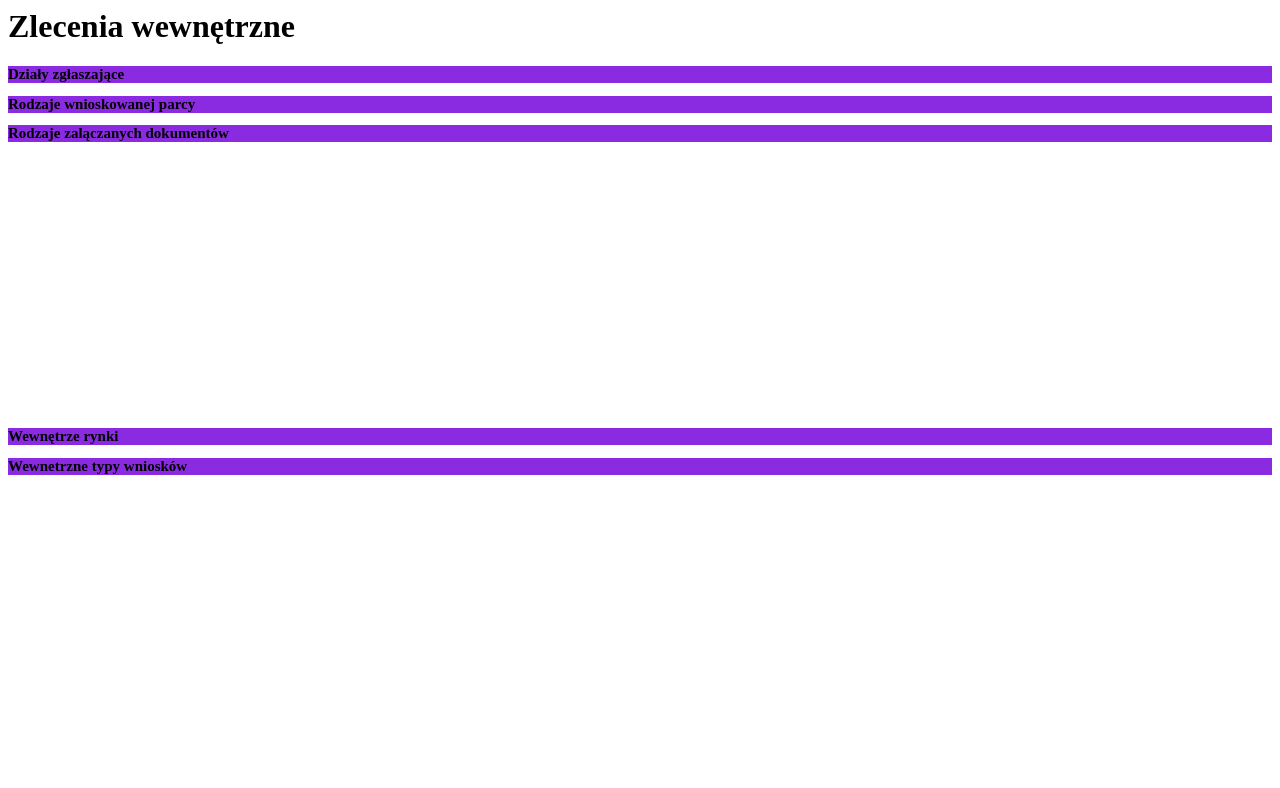
Repository: emdes515/EHpanel
Page: html/dashboardZleceniaWewnetrzne.html
An editor plug-in stored every save of this project. The page is shown before and after the next save, followed by the edit.
The browser window is 1280 px wide. The pictures show the whole page.

Above is the page before, as saved 2024-04-18 07:26:27.
Console error: ReferenceError: $ is not defined

### html/dashboardZleceniaWewnetrzne.html
<style>
	h2 {
		font-size: 15px;
		margin-top: 10px;
	}
</style>

<h1 class="text-center w-100">Zlecenia wewnętrzne</h1>

<div class="d-grid w-100 h-80">
	<div
		class="row"
		style="height: 50%">
		<div
			class="col-4 border-primary"
			style="background-color: blueviolet"
			id="dashboardZleceniaWewnetrzneDzialyZglaszajace">
			<h2>Działy zgłaszające</h2>
			<div id="dashboardZleceniaWewnetrzneDzialyZglaszajacePulpit"></div>
		</div>

		<div
			class="col-4 border-primary"
			style="background-color: blueviolet"
			id="dashboardZleceniaWewnetrzneRodzajeWnioskowanejPracy">
			<h2>Rodzaje wnioskowanej parcy</h2>
			<div id="dashboardZleceniaWewnetrzneRodzajeWnioskowanejPracyPulpit"></div>
		</div>

		<div
			class="col-4 border-primary"
			style="background-color: blueviolet"
			id="dashboardZleceniaWewnetrzneRodzajeZalaczanychDokumentow">
			<h2>Rodzaje zalączanych dokumentów</h2>
			<div id="dashboardZleceniaWewnetrzneRodzajeZalaczanychDokumentowPulpit"></div>
		</div>
	</div>

	<div
		class="row"
		style="height: 50%">
		<div
			class="col-4 border-primary"
			style="background-color: blueviolet"
			id="dashboardZleceniaWewnetrzneRynki">
			<h2>Wewnętrze rynki</h2>
			<div id="dashboardZleceniaWewnetrzneRynkiPulpit"></div>
		</div>

		<div
			class="col-4 border-primary"
			style="background-color: blueviolet"
			id="dashboardZleceniaWewnetrzneTypyWnioskow">
			<h2>Wewnetrzne typy wniosków</h2>
			<div id="dashboardZleceniaWewnetrzneTypyWnioskowPulpit"></div>
		</div>
	</div>

	<script
		type="text/javascript"
		src="js/dashboardZleceniaWewnetrzne.js"></script>
</div>

### js/dashboardZleceniaWewnetrzne.js
$(document).ready(function () {
	const daneJSON = wczytajDane('php/index.php', {
		modul: 'dashboardZleceniaWewnetrzne',
		funkcja: 'wczytaj',
		idPracownika: wczytajDane('php/index.php', {
			modul: 'logowanie',
			funkcja: 'getIdPracownika',
		}).wynik,
	});

	if (daneJSON['menu_zleceniaWewnetrzne_dzialZglaszajacy'].menu_zleceniaWewnetrzne_dzialZglaszajacy)
		$('#dashboardZleceniaWewnetrzneDzialyZglaszajacePulpit').html(
			daneJSON['menu_zleceniaWewnetrzne_dzialZglaszajacy'].html
		);
	else $('#dashboardZleceniaWewnetrzneDzialyZglaszajacePulpit').load('html/brakUprawnien.html');

	if (
		daneJSON['menu_zleceniaWewnetrzne_rodzajWnioskowanejPracy']
			.menu_zleceniaWewnetrzne_rodzajWnioskowanejPracy
	)
		$('#dashboardZleceniaWewnetrzneRodzajeWnioskowanejPracyPulpit').html(
			daneJSON['menu_zleceniaWewnetrzne_rodzajWnioskowanejPracy'].html
		);
	else
		$('#dashboardZleceniaWewnetrzneRodzajeWnioskowanejPracyPulpit').load('html/brakUprawnien.html');

	if (
		daneJSON['menu_zleceniaWewnetrzne_rodzajZalaczanychDokumentow']
			.menu_zleceniaWewnetrzne_rodzajZalaczanychDokumentow
	)
		$('#dashboardZleceniaWewnetrzneRodzajeZalaczanychDokumentowPulpit').html(
			daneJSON['menu_zleceniaWewnetrzne_rodzajZalaczanychDokumentow'].html
		);
	else
		$('#dashboardZleceniaWewnetrzneRodzajeZalaczanychDokumentowPulpit').load(
			'html/brakUprawnien.html'
		);

	if (daneJSON['menu_zleceniaWewnetrzne_rynkek'].menu_zleceniaWewnetrzne_rynkek)
		$('#dashboardZleceniaWewnetrzneRynkiPulpit').html(
			daneJSON['menu_zleceniaWewnetrzne_rynkek'].html
		);
	else $('#dashboardZleceniaWewnetrzneRynkiPulpit').load('html/brakUprawnien.html');

	if (daneJSON['menu_zleceniaWewnetrzne_typWniosku'].menu_zleceniaWewnetrzne_typWniosku)
		$('#dashboardZleceniaWewnetrzneTypyWnioskowPulpit').html(
			daneJSON['menu_zleceniaWewnetrzne_typWniosku'].html
		);
	else $('#dashboardZleceniaWewnetrzneTypyWnioskowPulpit').load('html/brakUprawnien.html');
});

After the next save:
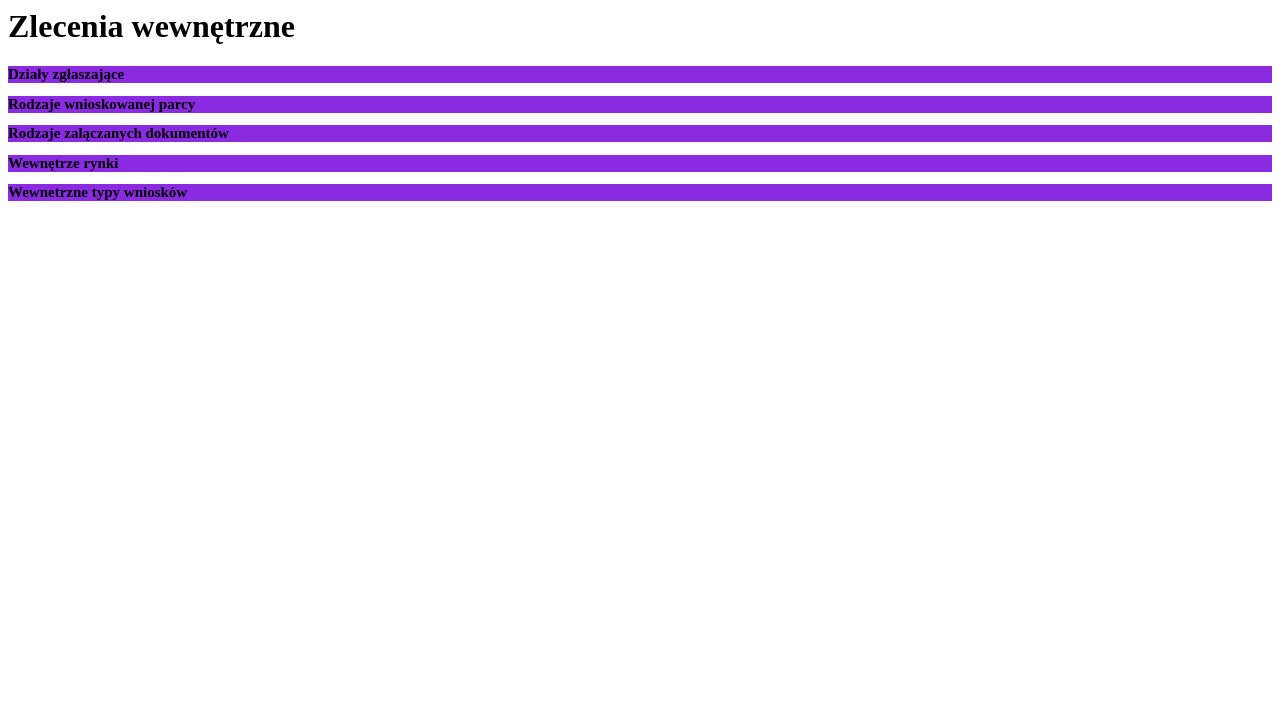
Saved 22 s later.
--- a/html/dashboardZleceniaWewnetrzne.html
+++ b/html/dashboardZleceniaWewnetrzne.html
@@ -8,9 +8,7 @@
 <h1 class="text-center w-100">Zlecenia wewnętrzne</h1>
 
 <div class="d-grid w-100 h-80">
-	<div
-		class="row"
-		style="height: 50%">
+	<div class="row">
 		<div
 			class="col-4 border-primary"
 			style="background-color: blueviolet"
@@ -36,9 +34,7 @@
 		</div>
 	</div>
 
-	<div
-		class="row"
-		style="height: 50%">
+	<div class="row">
 		<div
 			class="col-4 border-primary"
 			style="background-color: blueviolet"
